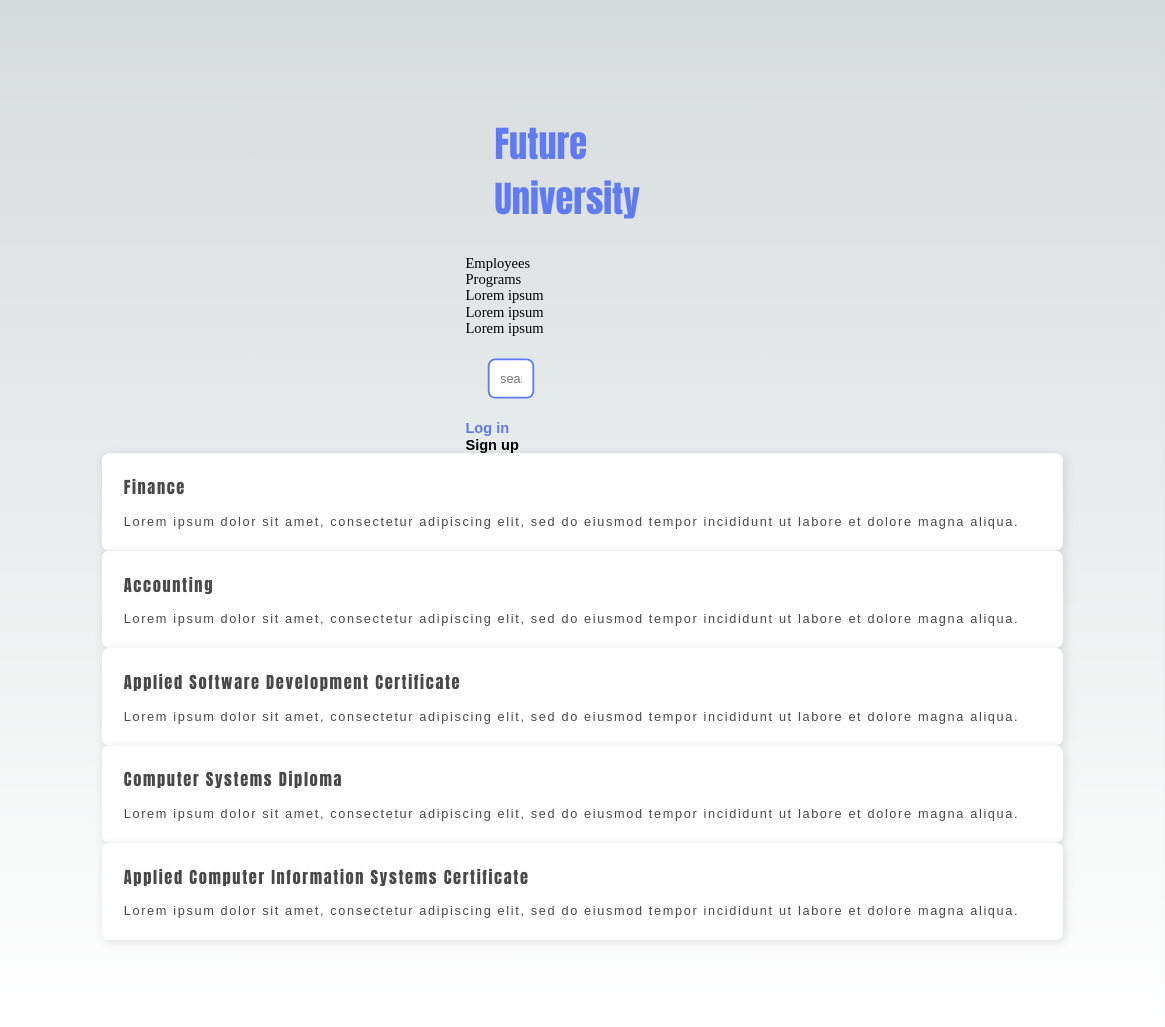
Repository: giovanabirck/class03-vercel-test
Page: /
These files come from the project's save history. The page is drawn as it stood at one moment and after a run of saves; the edit follows.
The browser window is 1280 px wide. The pictures show the whole page, at 91% of full size.
The project was rebuilt for these pictures with package versions that can differ from the ones it lists, and the page was loaded fresh each time. The framework's server and built-in components were replaced by stand-ins that run in the browser. Also part of the build but not shown: next.config.js, components/CardPrograms/CardPrograms.module.css.

Above is the page before, as saved 2023-01-28 21:22:29.

### pages/index.js
import Head from 'next/head'
import Image from 'next/image'
import { Inter } from '@next/font/google'
import styles from '../styles/Home.module.css'
import data from '../data/education.json'
import { useState } from 'react'
import CardPrograms from '../components/CardPrograms'
import Link from 'next/link'
import MenuPrograms from '../components/MenuPrograms'

const inter = Inter({ subsets: ['latin'] })

export default function Home() {

  console.log(data);
  const [information, setInformation] = useState([...data]);


  return (
    <>
      <Head>
        <title>Programs</title>
        <meta name="description" content="Generated by create next app" />
        <meta name="viewport" content="width=device-width, initial-scale=1" />
        <link rel="icon" href="/favicon.ico" />
      </Head>

      <main className={styles.main}>
        <MenuPrograms/>
        {
          information && information.map((info, index) => {
              return(
                <div key={index}>
                  <CardPrograms
                    key={index}
                    degree={info.degree}
                    department={info.department}
                  />
                </div>
              )
            }
          )
        }

      </main>

    </>
  )
}

### data/education.json
[
    {
        "studentNumber": "A0004567",
        "firstName": "Person 1",
        "gpa": 3.8,
        "department": "Business",
        "degree": "Finance",
        "graduted": 2014
    },
    {
        "studentNumber": "A0001234",
        "firstName": "Person 2",
        "gpa": 3.5,
        "department": "Business",
        "degree": "Accounting",
        "graduted": 2010
    },
    {
        "studentNumber": "A0007890",
        "firstName": "Person 3",
        "gpa": 3.2,
        "department": "Computing",
        "degree": "Applied Software Development Certificate",
        "graduted": 2018
    },
    {
        "studentNumber": "A0007828",
        "firstName": "Person 4",
        "gpa": 3.9,
        "department": "Computing",
        "degree": "Computer Systems Diploma",
        "graduted": 2021
    },
    {
        "studentNumber": "A0003425",
        "firstName": "Person 5",
        "gpa": 3.2,
        "department": "Computing",
        "degree": "Applied Computer Information Systems Certificate",
        "graduted": 2021
    }
]

### components/CardPrograms/index.js
import styles from './CardPrograms.module.css';

export default function CardPrograms({
    degree="none",
}) {

    return(
        <div style={{
            backgroundColor: "white",
            padding: "24px",
            fontFamily: "Impact",
            color: "#484848",
            fontSize: "18px",
            letterSpacing: "0.1em",
            display: "flex",
            flexDirection: "column",
            alignContent: "space-between",
            borderRadius: "8px",
            boxShadow: "2px 2px 10px rgb(100, 100, 100, 0.2)"
        }}>
            {degree}
            <br></br>
            <p style={{
                fontFamily: "arial",
                color: "#484848",
                fontSize: "14px",
                padding: "16px 24px 0px 0px"
            }}
            >Lorem ipsum dolor sit amet, consectetur adipiscing elit, sed do eiusmod tempor incididunt ut labore et dolore magna aliqua.</p>
        </div>
    )
}

### components/MenuPrograms/index.js
import styles from 'MenuPrograms.module.css'

export default function MenuPrograms() {
    return(
        <>
        <div className="top-menu">

            <h1>Future<br></br>University</h1>

            <a href="about">Employees</a>
            <p className="top-menu-programs">Programs</p>
            <p>Lorem ipsum</p>
            <p>Lorem ipsum</p>
            <p>Lorem ipsum</p>

            <input placeholder="search" style={{
                fontFamily: "Arial",
                fontSize: "14px",
                color: "#5F7AF2",
                padding: "12px",
                border: "solid 2px #5F7AF2",
                borderRadius: "8px",
                width: "20%",
                margin: "24px"
                }}>
            </input>

            <h2 style={{
                        fontFamily: "Arial",
                        fontWeight: "bold",
                        fontSize: "16px",
                        color: "#5F7AF2",
                        padding: "0px"
                }}>Log in
            </h2>

            <h2 style={{
                        fontFamily: "Arial",
                        fontWeight: "bold",
                        fontSize: "16px",
                        padding: "0px 32px 0px 0px"
                }}>Sign up
            </h2>

            </div>
        </>
    )
}

### components/MenuPrograms/MenuPrograms.module.css

.top-menu{
    font-family: Arial, Helvetica, sans-serif;
    font-weight: bold;
    font-size: 16px;
    color: #A8A8A8;
    background-color: white;
    width: 100%;
    height: 20%;
    display: flex;
    align-items: center;
    justify-content: space-between
}

h1 {
    font-family: Impact, Haettenschweiler, 'Arial Narrow Bold', sans-serif;
    font-size: 40px;
    color: #5F7AF2;
    padding: 32px
}

.top-menu-programs {
    padding: 16px;
    color: #5F7AF2
}

.input {
    font-family: Arial, Helvetica, sans-serif;
    font-size: 14px;
    color: #5F7AF2;
    padding: 12px;
    border: solid 2px #5F7AF2;
    border-radius: 8px;
    width: 20%;
    margin: 24px
}

Loaded but not shown: pages/_app.js (common file); pages/_document.js (common file); styles/globals.css (common file); styles/Home.module.css (common file)

After the next 2 saves:
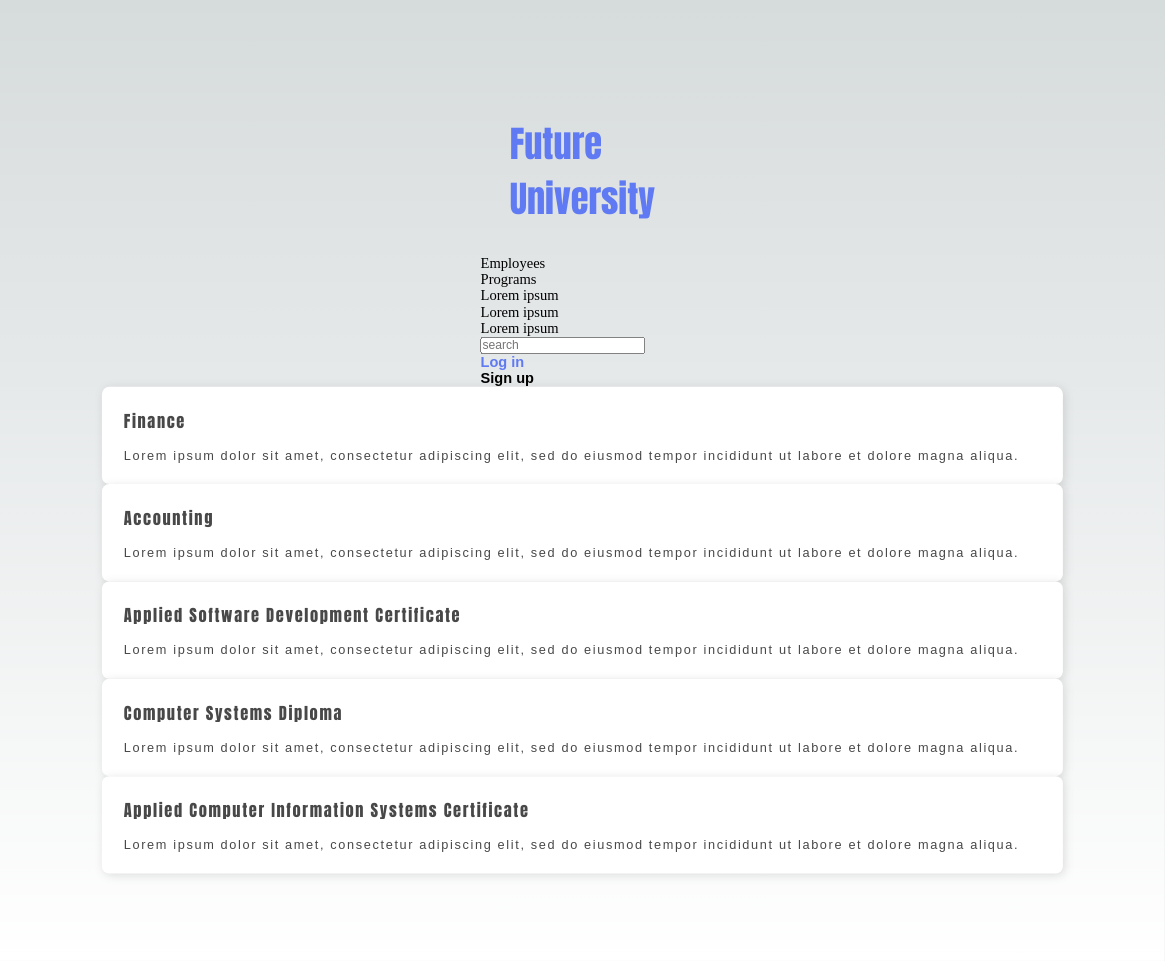
The 2 saves are shown as one change because they came seconds apart.
The last was saved 16 s later.
--- a/components/MenuPrograms/index.js
+++ b/components/MenuPrograms/index.js
@@ -13,17 +13,7 @@ export default function MenuPrograms() {
             <p>Lorem ipsum</p>
             <p>Lorem ipsum</p>
 
-            <input placeholder="search" style={{
-                fontFamily: "Arial",
-                fontSize: "14px",
-                color: "#5F7AF2",
-                padding: "12px",
-                border: "solid 2px #5F7AF2",
-                borderRadius: "8px",
-                width: "20%",
-                margin: "24px"
-                }}>
-            </input>
+            <input placeholder="search"></input>
 
             <h2 style={{
                         fontFamily: "Arial",
